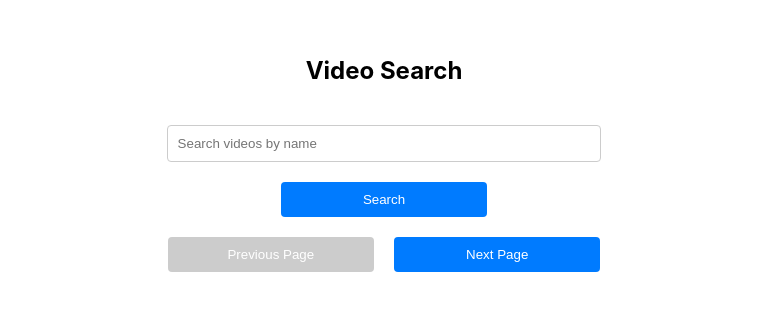
Repository: LolaSL/video-search
Page: /
An editor plug-in stored every save of this project. The page is shown before and after the next save, followed by the edit.
The browser window is 768 px wide. The pictures show the whole page.
The project was rebuilt for these pictures with package versions that can differ from the ones it lists, and the page was loaded fresh each time.

Above is the page before, as saved 2023-08-12 13:12:56.

### src/App.js
import React from 'react';
import './App.css';
import VideoSearch from './VideoSearch';

function App() {
  return (
    <div className="App container">
      <VideoSearch />
    </div>
  );
}

export default App;

### src/App.css
.App {
  text-align: center;
}

.container {
  max-width: 800px;
  margin: 0 auto;
  padding: 20px;
}

h1 {
  font-size: 24px;
  margin-bottom: 20px;
}

input[type="text"] {
  padding: 10px;
  width:30%;
  margin: 10px;
  border: 1px solid #ccc;
  border-radius: 4px;
}

button {
  margin: 10px;
  padding: 10px 20px;
  background-color: #007bff;
  color: #fff;
  border: none;
  border-radius: 4px;
  cursor: pointer;
}

button:disabled {
  background-color: #ccc;
  cursor: not-allowed;
}

iframe {
  width: 100%;
  height: 415px;
  border: none;
  margin-top: 15px;
}

.video-item {
  margin: 20px 0;
  padding: 20px;
  border: 1px solid #ccc;
  border-radius: 4px;
}

.video-title {
  font-size: 18px;
  margin-bottom: 10px;
}

.pagination {
  margin-top: 20px;
}

.pagination button {
  margin-right: 10px;
}

@media screen and (max-width: 768px) {

  .container {
    padding: 10px;
    margin: 30px;
  }

  input[type="text"] {
    width:60%;
    margin: 20px;
    margin-bottom: 10px;
  }

  button {
    width: 30%;
    margin-bottom: 10px;
  }

  .video-item {
    padding: 10px;
    margin: 10px 20px;
  }

  .pagination {
    text-align: center;
  }
}

### src/VideoSearch.jsx
import React, { useState } from 'react';
import axios from 'axios';

const API_KEY = 'AIzaSyAZw_7fp6hzKHZ_UNfC9jRiNJBWZQnTOmM';
const CHANNEL_ID = 'CSgDjZ_Vv8g';
const RESULTS_PER_PAGE = 10;


const VideoSearch = () => {
    const [videos, setVideos] = useState([]);
    const [searchTerm, setSearchTerm] = useState('');
    const [currentPage, setCurrentPage] = useState(1);

    const searchVideos = async () => {
      try {
        const response = await axios.get(
          `https://www.googleapis.com/youtube/v3/search?key=${API_KEY}&channelId=${CHANNEL_ID}&part=snippet,id&type=video&q=${searchTerm}&maxResults=${RESULTS_PER_PAGE}&pageToken=${currentPage > 1 ? videos.length : ''}`
        );

        setVideos(response.data.items);
      } catch (error) {
        console.error('Error fetching videos:', error);
      }
    };

    const handlePageChange = (newPage) => {
      setCurrentPage(newPage);
      searchVideos();
    };

    return (
      <div>
        <h1>Video Search</h1>
        <input
          type="text"
          placeholder="Search videos by name"
          value={searchTerm}
          onChange={(e) => setSearchTerm(e.target.value)}
        />
        <button onClick={() => handlePageChange(1)}>Search</button>

        <div>
          {videos.map((video) => (
            <div key={video.id.videoId}>
              <h2>{video.snippet.title}</h2>
              <iframe
                title={video.snippet.title}
                width="560"
                height="415"
                src={`https://www.youtube.com/embed/${video.id.videoId}`}
                // frameBorder="0"
                allowFullScreen
              ></iframe>
            </div>
          ))}
        </div>

        <div>
          <button
            onClick={() => handlePageChange(currentPage - 1)}
            disabled={currentPage === 1}
          >
            Previous Page
          </button>
          <button onClick={() => handlePageChange(currentPage + 1)}>Next Page</button>
        </div>
      </div>
    );
  };

  export default VideoSearch;

Loaded but not shown: public/index.html (common file); src/index.js (common file); src/index.css (common file); src/reportWebVitals.js (common file)

After the next save:
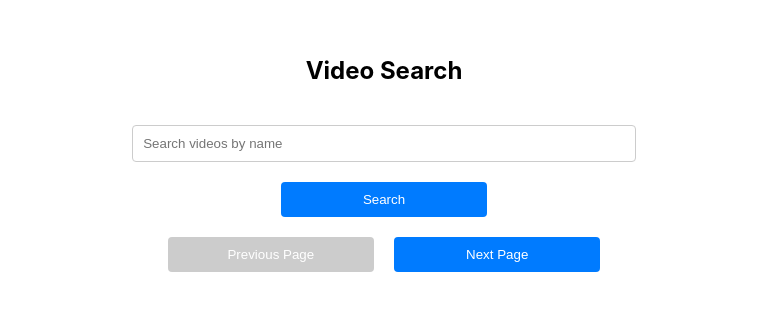
Saved 6 s later.
--- a/src/App.css
+++ b/src/App.css
@@ -71,7 +71,7 @@ iframe {
   }
 
   input[type="text"] {
-    width:60%;
+    width:70%;
     margin: 20px;
     margin-bottom: 10px;
   }
